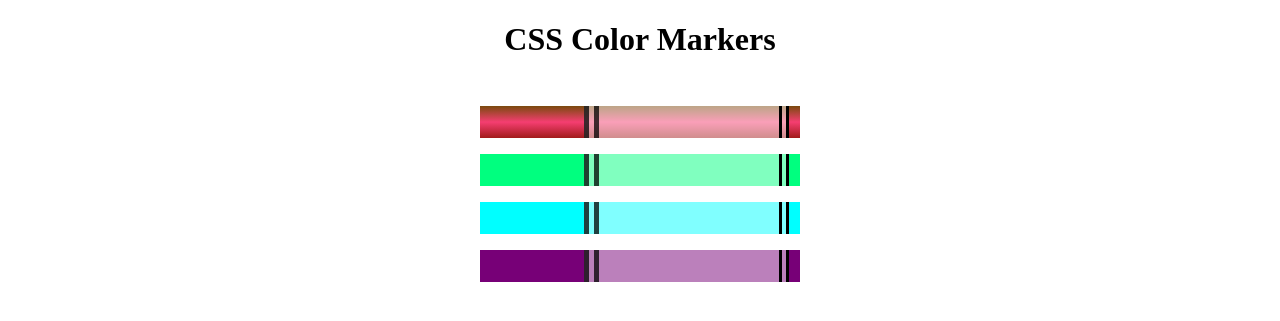
Repository: Lungdjos/color_markers
Page: index.html
An editor plug-in stored every save of this project. The page is shown before and after the next save, followed by the edit.
The browser window is 1280 px wide. The pictures show the whole page.

Above is the page before, as saved 2023-09-28 11:32:44.

### index.html
<!DOCTYPE html>
<html lang="en">

<head>
    <meta charset="UTF-8">
    <meta name="viewport" content="width=device-width, initial-scale=1.0">
    <title>Colored Markers</title>
    <link rel="stylesheet" href="styles.css">
</head>

<body>
    <h1>CSS Color Markers</h1>
    <div class="container">
        <div class="marker orange">
            <div class="cap"></div>
            <div class="sleeve"></div>
        </div>
        <div class="marker green">
            <div class="cap"></div>
            <div class="sleeve"></div>
        </div>
        <div class="marker cyan">
            <div class="cap"></div>
            <div class="sleeve"></div>
        </div>
        <div class="marker purple">
            <div class="cap"></div>
            <div class="sleeve"></div>
        </div>
    </div>
</body>

</html>

### styles.css
/* STYLING */

h1 {
    text-align: center;
}

.marker {
    /* background-color: red; */
    width: 320px;
    height: 32px;
    margin: 16px auto;
}

.orange {
    background: linear-gradient(rgb(122, 74, 14), rgb(245, 62, 113), rgb(162, 27, 27));
}

.green {
    background-color: rgb(0, 255, 127);
    box-shadow: -5px -5px gree;
}

.cyan {
    background-color: #00ffff;
}

.purple {
    background-color: #707;
}

.container {
    background-color: hsl(255, 100%, 100%);
    margin: auto;
    padding: 10px 0px;
}

.sleeve {
    width: 180px;
    height: 32px;
    background-color: rgba(255, 255, 255, 0.5);
    border-left: 15px double rgba(0, 0, 0, 0.75);
    border-right: 10px double black;
}

.cap {
    width: 100px;
    height: 32px;
}

.cap,
.sleeve {
    display: inline-block;
}

After the next save:
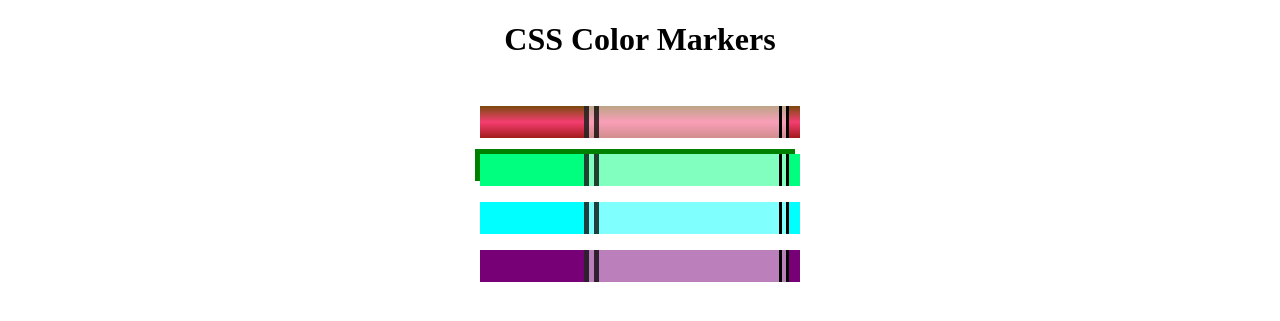
Saved 4 s later.
--- a/styles.css
+++ b/styles.css
@@ -17,7 +17,7 @@
 
 .green {
     background-color: rgb(0, 255, 127);
-    box-shadow: -5px -5px gree;
+    box-shadow: -5px -5px green, -5px -5px;
 }
 
 .cyan {

After the 5 saves that followed:
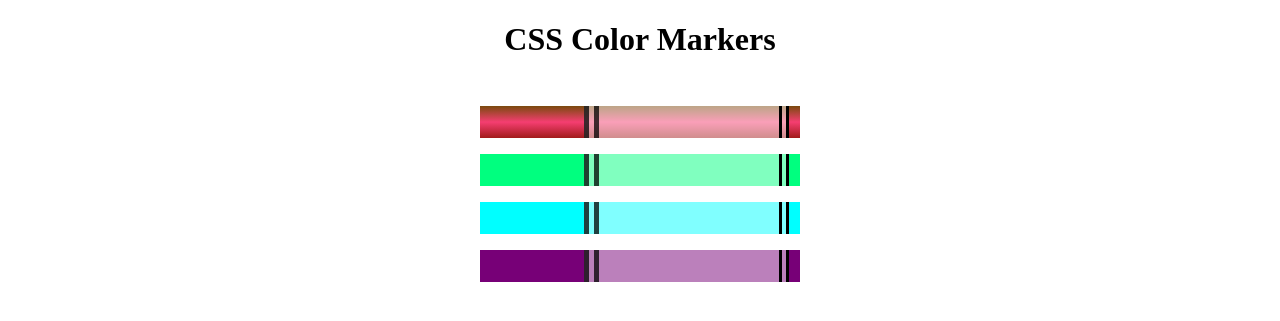
The 5 saves are shown as one change because 1 left the picture as it was and some came seconds apart.
The last was saved 38 s later.
--- a/styles.css
+++ b/styles.css
@@ -17,7 +17,7 @@
 
 .green {
     background-color: rgb(0, 255, 127);
-    box-shadow: -5px -5px green, -5px -5px;
+    box-shadow: -5px -5px blurRadius green;
 }
 
 .cyan {
